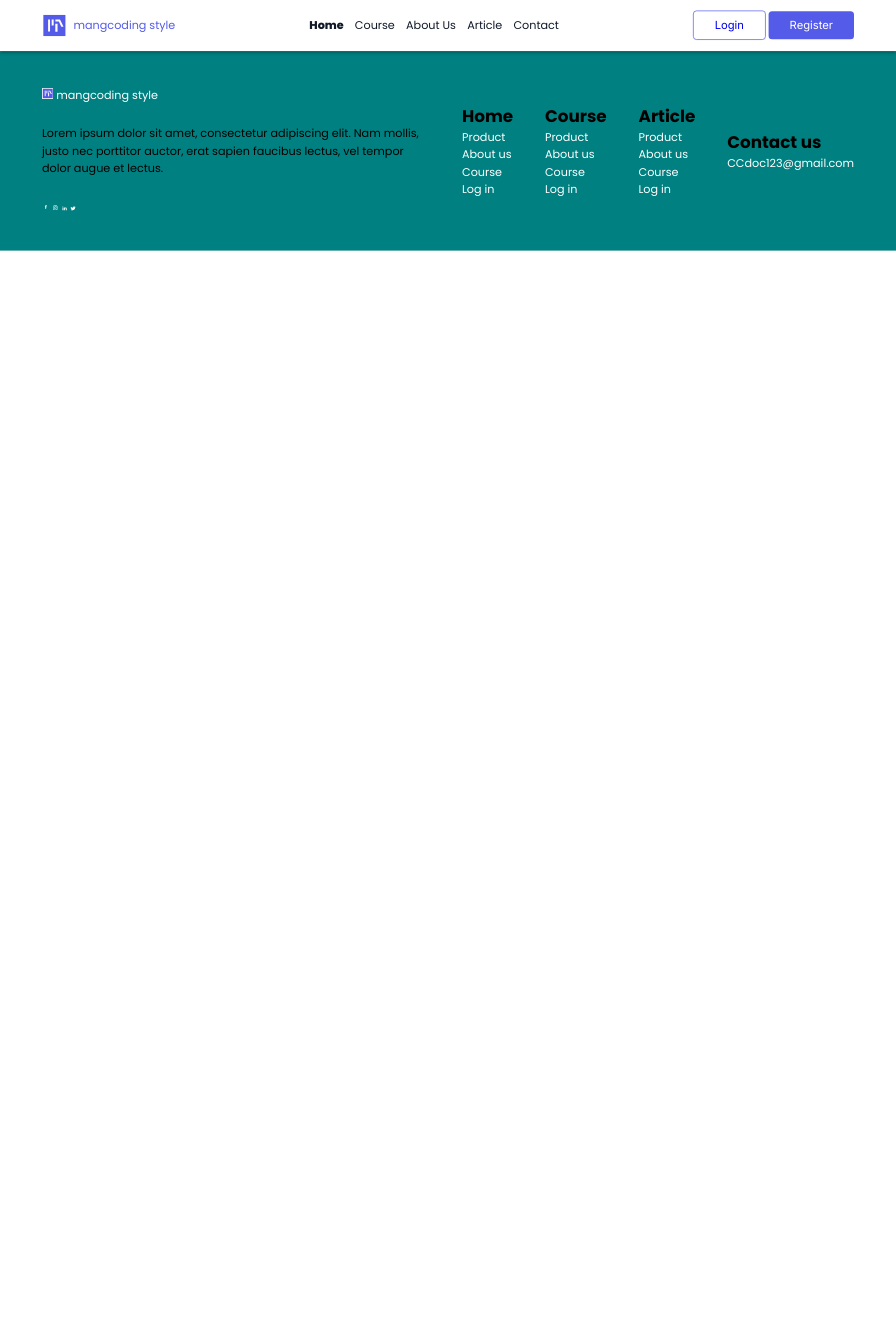
Repository: Dania-Alqam/landing-page
Page: index.html
An editor plug-in stored every save of this project. The page is shown before and after the next save, followed by the edit.
The browser window is 1280 px wide. The pictures show the part of the page from y = 0 to 1920 px (the page is 5000 px tall), at 70% of full size.

Above is the page before, as saved 2024-06-21 23:52:25.

After the next save:
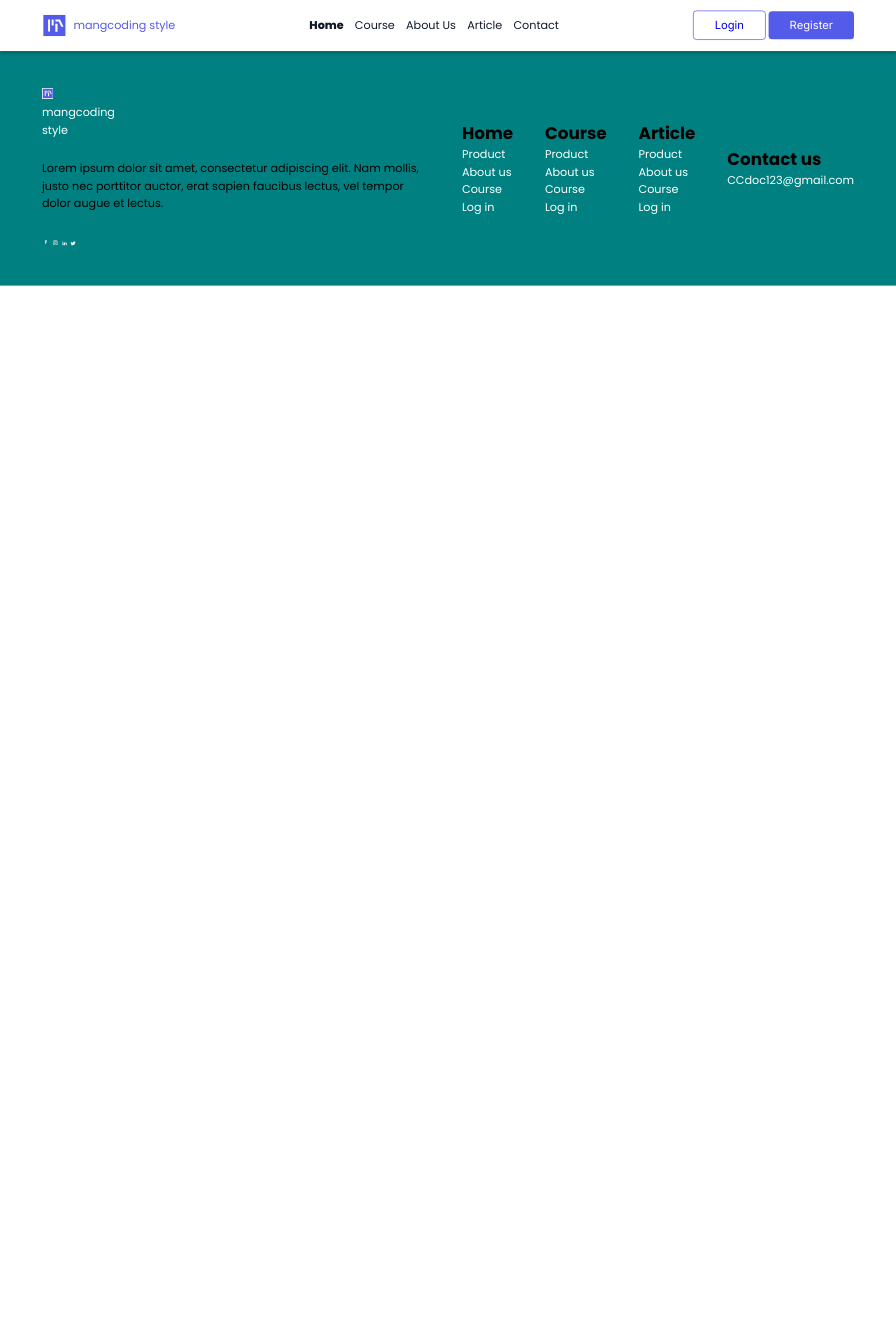
Saved 7 s later.
--- a/assests/css/main.css
+++ b/assests/css/main.css
@@ -84,5 +84,7 @@ font-weight: 800;
     flex-direction: column;
     gap: 30px;
 }
-.footer .footer-start
+.footer .footer-start .logo{
+    width: 35px;
+}
 /* end footer */
